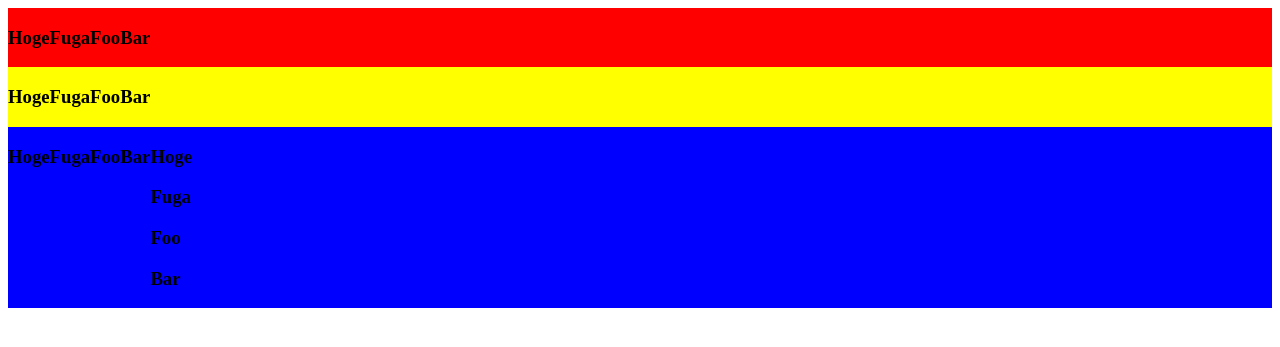
Repository: TakashiYamaguchi2021/samurai_HTML-CSS
Page: flexbox.html
The author's editor kept a record of every edit. The page is drawn from the files as they stood at one moment, then again after the next edit.
The browser window is 1280 px wide. The pictures show the whole page.

Above is the page before.

### flexbox.html
<html lang="ja">
    <head>
        <style>
            #no-wrap {
                display: flex;
                flex-wrap: wrap;
                background-color: red;
            }
            #wrap {
                display: flex;
                flex-wrap: wrap;
                background-color: yellow;
            }
            #wrap-reverse {
                display: flex;
                flex-wrap: wrap-reverse;
                background-color: blue;
            }
        </style>
    </head>
    <body>
        <div id="no-wrap">
            <h3>Hoge</h3>
            <h3>Fuga</h3>
            <h3>Foo</h3>
            <h3>Bar</h3>
        </div>
        <div id="wrap">
            <h3>Hoge</h3>
            <h3>Fuga</h3>
            <h3>Foo</h3>
            <h3>Bar</h3>
        </div>
        <div id="wrap-reverse">
            <h3>Hoge</h3>
            <h3>Fuga</h3>
            <h3>Foo</h3>
            <h3>Bar</h3>
        <div id="column-reverse">
            <h3>Hoge</h3>
            <h3>Fuga</h3>
            <h3>Foo</h3>
            <h3>Bar</h3>
        </div>
    </body>
</html>

After the next edit:
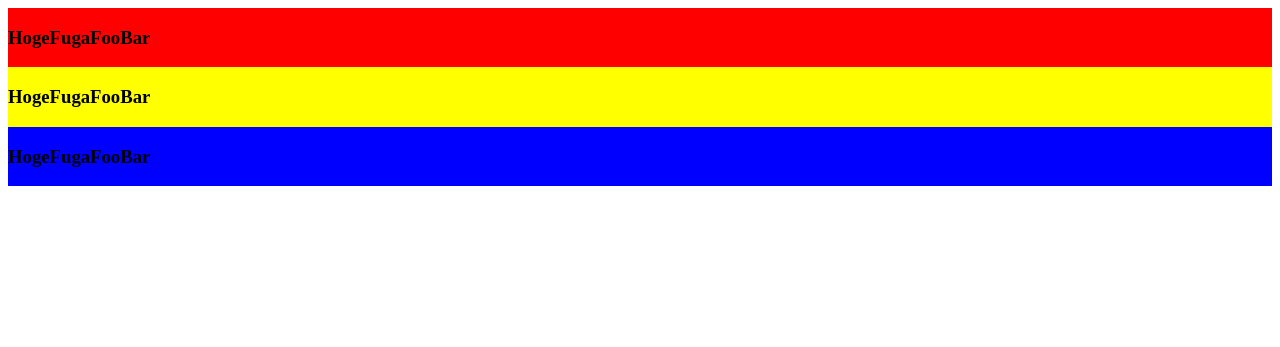
The edit:
--- a/flexbox.html
+++ b/flexbox.html
@@ -36,11 +36,6 @@
             <h3>Fuga</h3>
             <h3>Foo</h3>
             <h3>Bar</h3>
-        <div id="column-reverse">
-            <h3>Hoge</h3>
-            <h3>Fuga</h3>
-            <h3>Foo</h3>
-            <h3>Bar</h3>
         </div>
     </body>
 </html>
